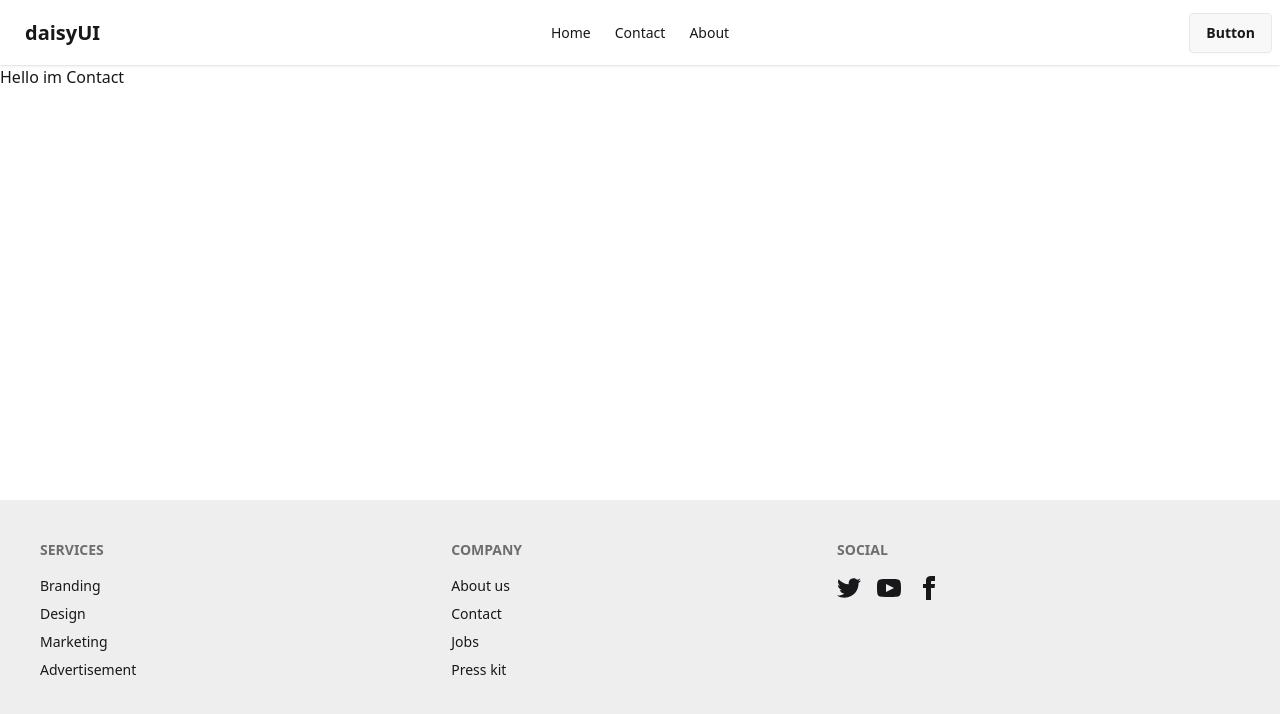
Repository: hasanali3597/my-three
Page: /contact
The author's editor kept a copy of each file at every save. The page is drawn from the files as they stood at one save, then again after a run of saves.
The browser window is 1280 px wide. The pictures show the whole page.
The project was rebuilt for these pictures with package versions that can differ from the ones it lists, and the page was loaded fresh each time. Also part of the build but not shown: vite.config.js, src/pages/Home.jsx, src/pages/About.jsx, src/pages/PlantDetails.jsx.

Above is the page before, as saved 2025-11-20 01:17:37.

After the next 2 saves:
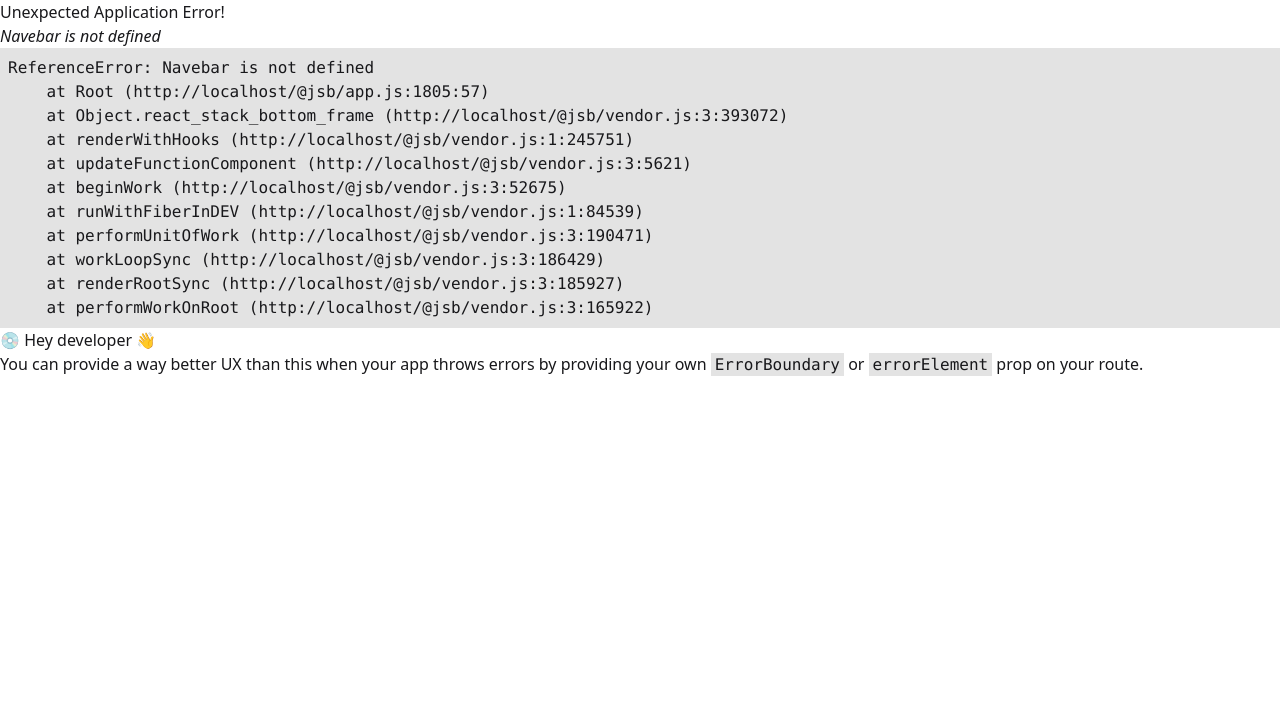
The 2 saves are shown as one change because they came seconds apart.
The last was saved 17 h 17 min later.
--- a/src/root/root.jsx
+++ b/src/root/root.jsx
@@ -1,5 +1,5 @@
 import React from "react";
-import Navebar from "../Components/Navebar";
+import navebar from "../Components/Navebar";
 import Footer from "../Components/Footer";
 import { Outlet } from "react-router";
 
